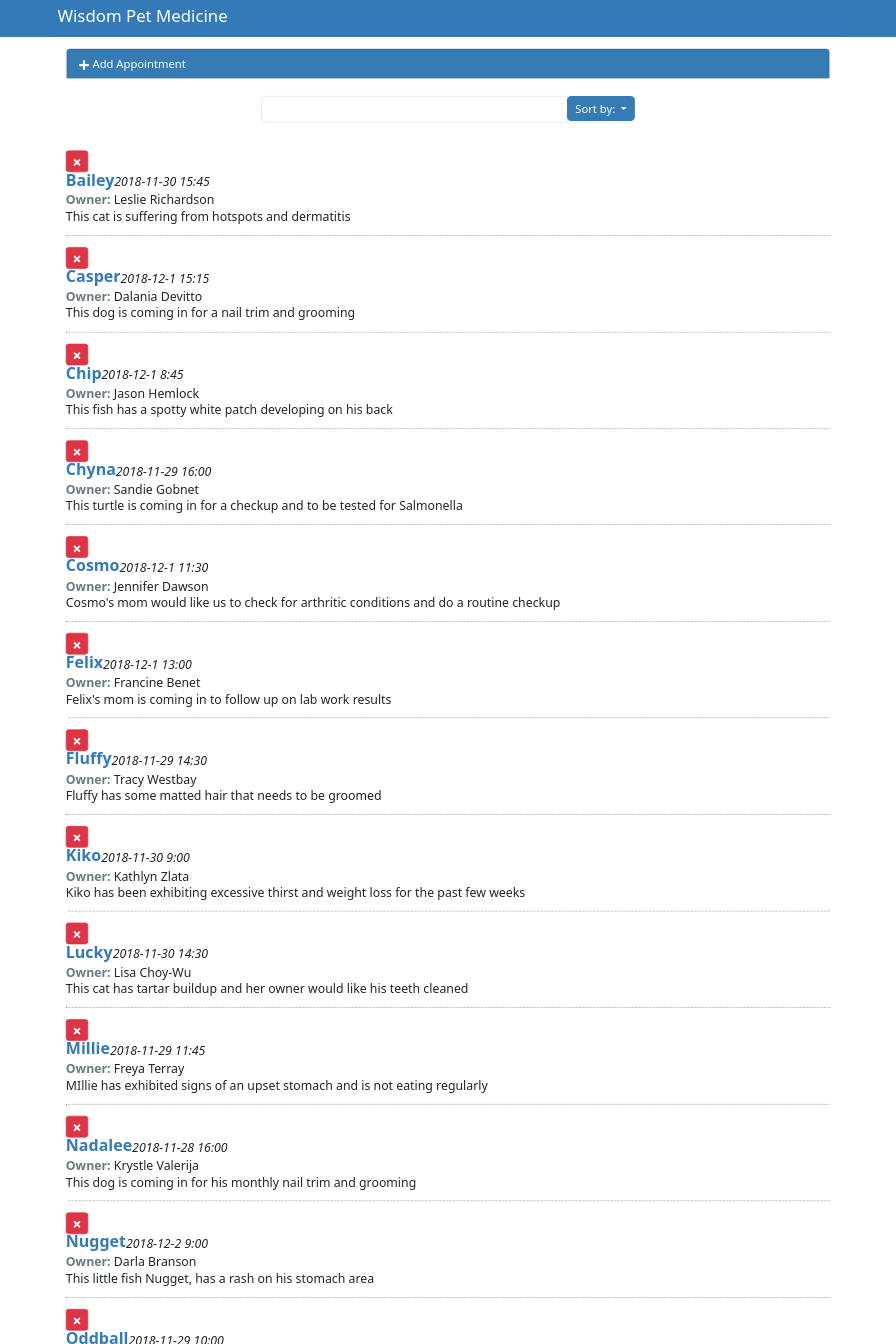
Repository: DevLuDaley/reactinterface
Page: /
The author's editor kept a copy of each file at every save. The page is drawn from the files as they stood at one save, then again after the next save.
The browser window is 1280 px wide. The pictures show the part of the page from y = 0 to 1920 px (the page is 3716 px tall before and 1234 px after), at 70% of full size.
The project was rebuilt for these pictures with package versions that can differ from the ones it lists, and the page was loaded fresh each time.

Above is the page before, as saved 2021-02-04 19:57:47.

### public/index.html
<!DOCTYPE html>
<html lang="en">
  <head>
    <meta charset="utf-8" />
    <link rel="icon" href="%PUBLIC_URL%/favicon.ico" />
    <meta name="viewport" content="width=device-width, initial-scale=1" />
    <meta name="theme-color" content="#000000" />
    <meta
      name="description"
      content="Web site created using create-react-app"
    />
    <link rel="apple-touch-icon" href="%PUBLIC_URL%/logo192.png" />
    <!--
      manifest.json provides metadata used when your web app is installed on a
      user's mobile device or desktop. See https://developers.google.com/web/fundamentals/web-app-manifest/
    -->
    <link rel="manifest" href="%PUBLIC_URL%/manifest.json" />
    <!--
      Notice the use of %PUBLIC_URL% in the tags above.
      It will be replaced with the URL of the `public` folder during the build.
      Only files inside the `public` folder can be referenced from the HTML.

      Unlike "/favicon.ico" or "favicon.ico", "%PUBLIC_URL%/favicon.ico" will
      work correctly both with client-side routing and a non-root public URL.
      Learn how to configure a non-root public URL by running `npm run build`.
    -->
    <title>React App</title>
  </head>
  <body>
    <noscript>You need to enable JavaScript to run this app.</noscript>
    <header class="container text-white">
      <h4 class="py-2">Wisdom Pet Medicine</h4>
    </header>

    <div id="root"></div>

    <footer class="container d-flex text-white py-2">
      <p>
        All contents &copy; 2018
        <a href="https://www.linkedin.com/learning">LinkedIn Learning</a>. All
        rights reserved.
      </p>
      <div class="ml-auto">
        <a class="d-block text-white" href="#">Terms of use</a>
        <a class="d-block text-white" href="#">Privacy policy</a>
      </div>
      <!-- col-md-6 -->
    </footer>
    <!-- footer -->
  </body>
</html>

### src/index.js
import React from 'react';
import ReactDOM from 'react-dom';
import 'bootstrap/dist/css/bootstrap.css'
import './css/index.css';
import App from './components/App';
import reportWebVitals from './reportWebVitals';
// import * as serviceWorker from './serviceWorker';
import 'jquery/dist/jquery'
import 'popper.js/dist/umd/popper'
import 'bootstrap/dist/js/bootstrap'

ReactDOM.render(
  <React.StrictMode>
    <App />
  </React.StrictMode>,
  document.getElementById('root')
);

// If you want to start measuring performance in your app, pass a function
// to log results (for example: reportWebVitals(console.log))
// or send to an analytics endpoint. Learn more: https://bit.ly/CRA-vitals
// serviceWorker.unregister()
reportWebVitals();

### src/components/App.js
import React, { Component } from 'react';
import '../css/App.css';

import AddAppointments from './AddAppointments';
import SearchAppointments from './SearchAppointments';
import ListAppointments from './ListAppointments';

import { without } from 'lodash';

class App extends Component {
  constructor() {
    super();
    this.state = {
      myAppointments: [],
      formDisplay: false,
      orderBy: 'petName',
      orderDir: 'asc',
      lastIndex: 0
    };
    this.deleteAppointment = this.deleteAppointment.bind(this);
    this.toggleForm = this.toggleForm.bind(this);
    this.addAppointment = this.addAppointment.bind(this);
    this.changeOrder = this.changeOrder.bind(this);
  }

  toggleForm() {
    this.setState({
      formDisplay: !this.state.formDisplay
    });
  }

  changeOrder(order, dir) {
    this.setState({
      orderBy: order,
      orderDir: dir
    });
  }

  addAppointment(apt) {
    let tempApts = this.state.myAppointments;
    apt.aptId = this.state.lastIndex;
    tempApts.unshift(apt);
    this.setState({
      myAppointments: tempApts,
      lastIndex: this.state.lastIndex + 1
    });
  }

  deleteAppointment(apt) {
    let tempApts = this.state.myAppointments;
    tempApts = without(tempApts, apt);

    this.setState({
      myAppointments: tempApts
    });
  }

  componentDidMount() {
    fetch('./data.json')
      .then(response => response.json())
      .then(result => {
        const apts = result.map(item => {
          item.aptId = this.state.lastIndex;
          this.setState({ lastIndex: this.state.lastIndex + 1 });
          return item;
        });
        this.setState({
          myAppointments: apts
        });
      });
  }

  render() {
    let order;
    let filteredApts = this.state.myAppointments;
    if (this.state.orderDir === 'asc') {
      order = 1;
    } else {
      order = -1;
    }

    filteredApts.sort((a, b) => {
      if (
        a[this.state.orderBy].toLowerCase() <
        b[this.state.orderBy].toLowerCase()
      ) {
        return -1 * order;
      } else {
        return 1 * order;
      }
    });

    return (
      <main className="page bg-white" id="petratings">
        <div className="container">
          <div className="row">
            <div className="col-md-12 bg-white">
              <div className="container">
                <AddAppointments
                  formDisplay={this.state.formDisplay}
                  toggleForm={this.toggleForm}
                  addAppointment={this.addAppointment}
                />
                <SearchAppointments
                  orderBy={this.state.orderBy}
                  orderDir={this.state.orderDir}
                  changeOrder={this.changeOrder}
                />
                <ListAppointments
                  appointments={filteredApts}
                  deleteAppointment={this.deleteAppointment}
                />
              </div>
            </div>
          </div>
        </div>
      </main>
    );
  }
}

export default App;

### src/components/AddAppointments.js
import React, { Component } from 'react';
import { FaPlus } from 'react-icons/fa';

class AddAppointments extends Component {
  constructor() {
    super();
    this.state = {
      petName: '',
      ownerName: '',
      aptDate: '',
      aptTime: '',
      aptNotes: ''
    };
    this.handleChange = this.handleChange.bind(this);
    this.handleAdd = this.handleAdd.bind(this);
  }

  handleAdd(e) {
    e.preventDefault();
    let tempApt = {
      petName: this.state.petName,
      ownerName: this.state.ownerName,
      aptDate: this.state.aptDate + ' ' + this.state.aptTime,
      aptNotes: this.state.aptNotes
    };

    this.props.addAppointment(tempApt);

    this.setState({
      petName: '',
      ownerName: '',
      aptDate: '',
      aptTime: '',
      aptNotes: ''
    });
    this.props.toggleForm();
  }

  handleChange(e) {
    const target = e.target;
    const value = target.value;
    const name = target.name;

    this.setState({
      [name]: value
    });
  }

  render() {
    return (
      <div
        className={
          'card textcenter mt-3 ' +
          (this.props.formDisplay ? '' : 'add-appointment')
        }
      >
        <div
          className="apt-addheading card-header bg-primary text-white"
          onClick={this.props.toggleForm}
        >
          <FaPlus /> Add Appointment
        </div>

        <div className="card-body">
          <form id="aptForm" noValidate onSubmit={this.handleAdd}>
            <div className="form-group form-row">
              <label
                className="col-md-2 col-form-label text-md-right"
                htmlFor="petName"
                readOnly
              >
                Pet Name
              </label>
              <div className="col-md-10">
                <input
                  type="text"
                  className="form-control"
                  name="petName"
                  placeholder="Pet's Name"
                  value={this.state.petName}
                  onChange={this.handleChange}
                />
              </div>
            </div>

            <div className="form-group form-row">
              <label
                className="col-md-2 col-form-label text-md-right"
                htmlFor="ownerName"
              >
                Pet Owner
              </label>
              <div className="col-md-10">
                <input
                  type="text"
                  className="form-control"
                  name="ownerName"
                  placeholder="Owner's Name"
                  value={this.state.ownerName}
                  onChange={this.handleChange}
                />
              </div>
            </div>

            <div className="form-group form-row">
              <label
                className="col-md-2 col-form-label text-md-right"
                htmlFor="aptDate"
              >
                Date
              </label>
              <div className="col-md-4">
                <input
                  type="date"
                  className="form-control"
                  name="aptDate"
                  id="aptDate"
                  value={this.state.aptDate}
                  onChange={this.handleChange}
                />
              </div>
              <label
                className="col-md-2 col-form-label text-md-right"
                htmlFor="aptTime"
              >
                Time
              </label>
              <div className="col-md-4">
                <input
                  type="time"
                  className="form-control"
                  name="aptTime"
                  id="aptTime"
                  value={this.state.aptTime}
                  onChange={this.handleChange}
                />
              </div>
            </div>

            <div className="form-group form-row">
              <label className="col-md-2 text-md-right" htmlFor="aptNotes">
                Apt. Notes
              </label>
              <div className="col-md-10">
                <textarea
                  className="form-control"
                  rows="4"
                  cols="50"
                  name="aptNotes"
                  id="aptNotes"
                  placeholder="Appointment Notes"
                  value={this.state.aptNotes}
                  onChange={this.handleChange}
                />
              </div>
            </div>

            <div className="form-group form-row mb-0">
              <div className="offset-md-2 col-md-10">
                <button
                  type="submit"
                  className="btn btn-primary d-block ml-auto"
                >
                  Add Appointment
                </button>
              </div>
            </div>
          </form>
        </div>
      </div>
    );
  }
}

export default AddAppointments;

### src/components/SearchAppointments.js
import React, { Component } from 'react';

class SearchAppointments extends Component {
  render() {
    return (
      <div className="search-appointments row justify-content-center my-4">
        <div className="col-md-6">
          <div className="input-group">
            <input
              id="SearchApts"
              type="text"
              className="form-control"
              aria-label="Search Appointments"
            />
            <div className="input-group-append">
              <button
                type="button"
                className="btn btn-primary dropdown-toggle"
                data-toggle="dropdown"
                aria-haspopup="true"
                aria-expanded="false"
              >
                Sort by: <span className="caret" />
              </button>

              <div className="sort-menu dropdown-menu dropdown-menu-right">
                <button
                  className={
                    'sort-by dropdown-item ' +
                    (this.props.orderBy === 'petName' ? 'active' : '')
                  }
                  onClick={e =>
                    this.props.changeOrder('petName', this.props.orderDir)
                  }
                  href="#"
                >
                  Pet Name
                </button>
                <button
                  className={
                    'sort-by dropdown-item ' +
                    (this.props.orderBy === 'aptDate' ? 'active' : '')
                  }
                  onClick={e =>
                    this.props.changeOrder('aptDate', this.props.orderDir)
                  }
                  href="#"
                >
                  Date
                </button>
                <button
                  className={
                    'sort-by dropdown-item ' +
                    (this.props.orderBy === 'ownerName' ? 'active' : '')
                  }
                  onClick={e =>
                    this.props.changeOrder('ownerName', this.props.orderDir)
                  }
                  href="#"
                >
                  Owner
                </button>
                <div role="separator" className="dropdown-divider" />
                <button
                  className={
                    'sort-by dropdown-item ' +
                    (this.props.orderDir === 'asc' ? 'active' : '')
                  }
                  onClick={e =>
                    this.props.changeOrder(this.props.orderBy, 'asc')
                  }
                  href="#"
                >
                  Asc
                </button>
                <button
                  className={
                    'sort-by dropdown-item ' +
                    (this.props.orderDir === 'desc' ? 'active' : '')
                  }
                  onClick={e =>
                    this.props.changeOrder(this.props.orderBy, 'desc')
                  }
                  href="#"
                >
                  Desc
                </button>
              </div>
            </div>
          </div>
        </div>
      </div>
    );
  }
}

export default SearchAppointments;

### src/components/ListAppointments.js
import React, { Component } from 'react';
import { FaTimes } from 'react-icons/fa';
// import Moment from 'react-moment';

class ListAppointments extends Component {
  render() {
    return (
      <div className="appointment-list item-list mb-3">
        {this.props.appointments.map(item => (
          <div className="pet-item col media py-3" key={item.aptId}>
            <div className="mr-3">
              <button
                className="pet-delete btn btn-sm btn-danger"
                onClick={() => this.props.deleteAppointment(item)}>
                <FaTimes />
              </button>
            </div>

            <div className="pet-info media-body">
              <div className="pet-head d-flex">
                <span className="pet-name">{item.petName}</span>
                <span className="apt-date ml-auto">
                  {/* <Moment */}
                    {/* date= */}
                    {item.aptDate}
                    {/* parse="YYYY-MM-dd hh:mm" */}
                    {/* format="MMM-D h:mma" */}
                  {/* /> */}
                </span>
              </div>

              <div className="owner-name">
                <span className="label-item">Owner: </span>
                <span>{item.ownerName}</span>
              </div>
              <div className="apt-notes">{item.aptNotes}</div>
            </div>
          </div>
        ))}
      </div>
    );
  }
}

export default ListAppointments;

Loaded but not shown: src/css/index.css (common file); src/reportWebVitals.js (common file); src/css/App.css (common file); public/data.json (152 lines, source omitted)

After the next save:
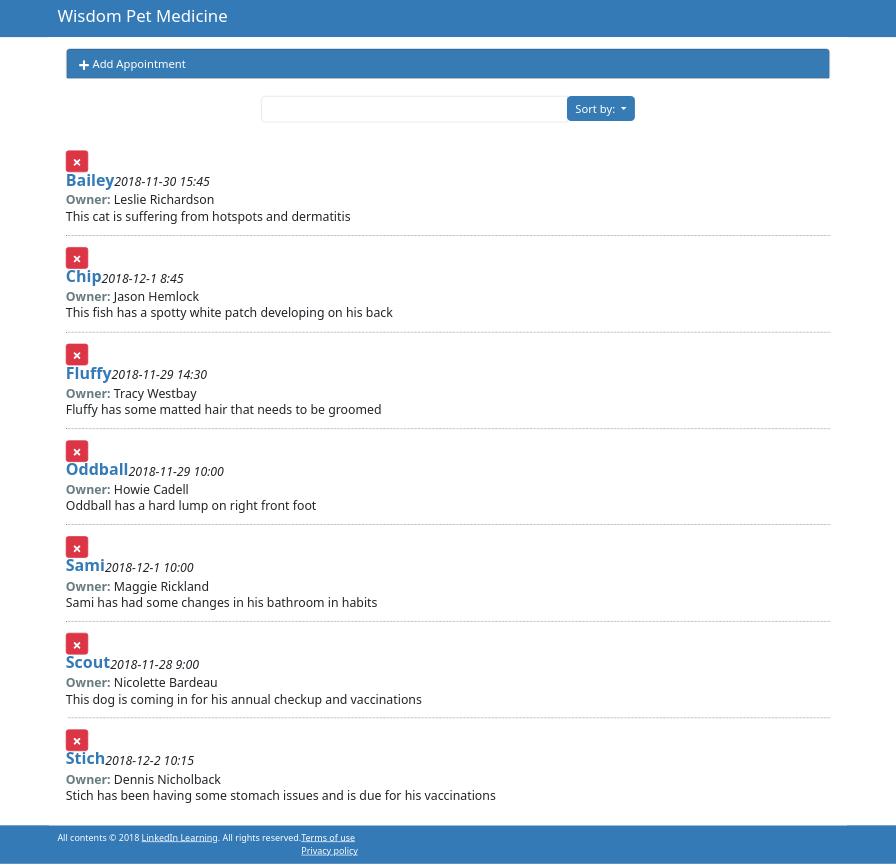
Saved 2 min 45 s later.
--- a/src/components/App.js
+++ b/src/components/App.js
@@ -15,6 +15,7 @@
       formDisplay: false,
       orderBy: 'petName',
       orderDir: 'asc',
+      queryText: 'ba',
       lastIndex: 0
     };
     this.deleteAppointment = this.deleteAppointment.bind(this);
@@ -79,16 +80,30 @@
       order = -1;
     }
 
-    filteredApts.sort((a, b) => {
-      if (
-        a[this.state.orderBy].toLowerCase() <
-        b[this.state.orderBy].toLowerCase()
-      ) {
-        return -1 * order;
-      } else {
-        return 1 * order;
-      }
-    });
+    filteredApts = filteredApts
+      .sort((a, b) => {
+        if (
+          a[this.state.orderBy].toLowerCase() <
+          b[this.state.orderBy].toLowerCase()
+        ) {
+          return -1 * order;
+        } else {
+          return 1 * order;
+        }
+      })
+      .filter(eachItem => {
+        return (
+          eachItem['petName']
+            .toLowerCase()
+            .includes(this.state.queryText.toLowerCase()) ||
+          eachItem['ownerName']
+            .toLowerCase()
+            .includes(this.state.queryText.toLowerCase()) ||
+          eachItem['aptNotes']
+            .toLowerCase()
+            .includes(this.state.queryText.toLowerCase())
+        );
+      });
 
     return (
       <main className="page bg-white" id="petratings">

After the save that followed:
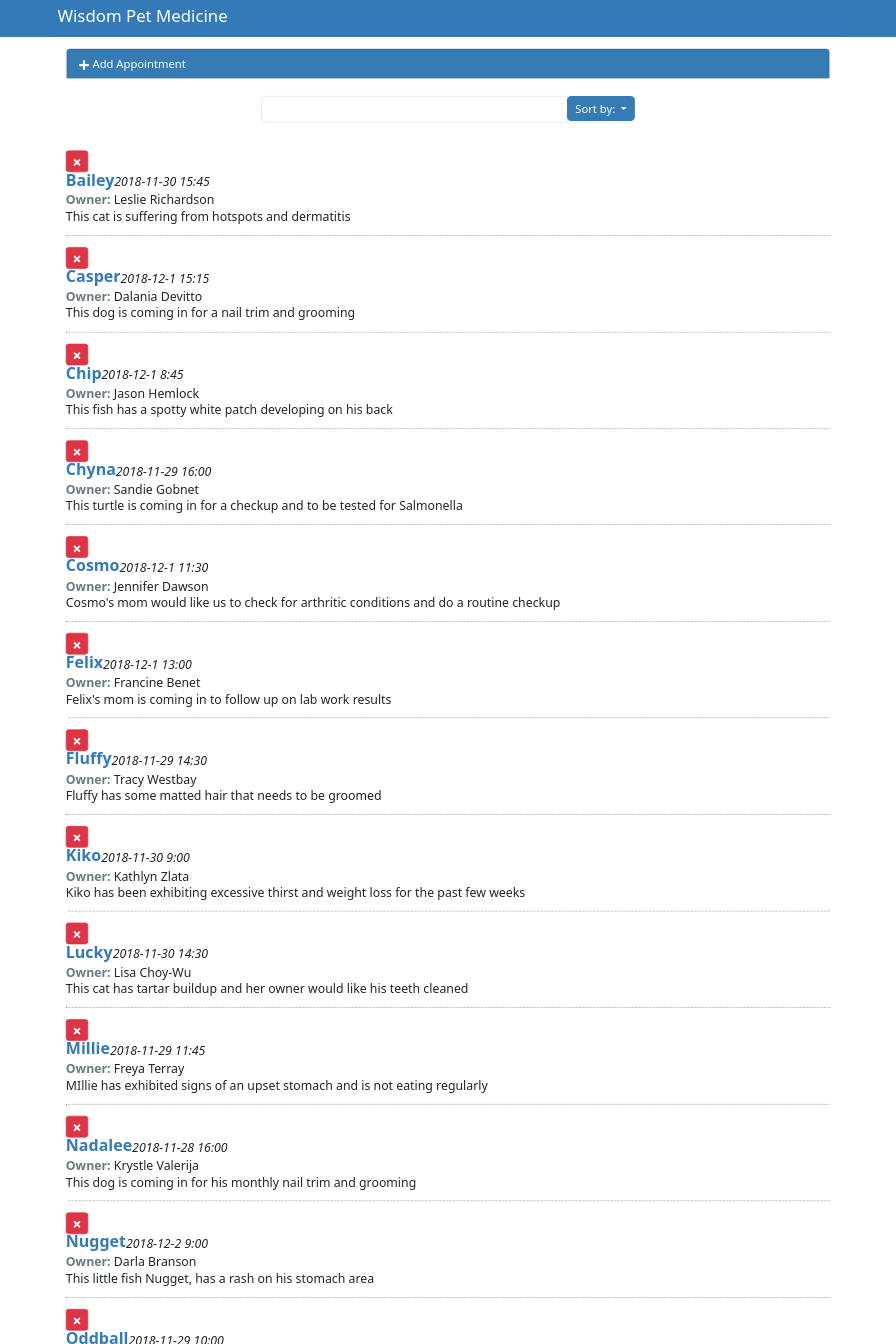
Saved 9 s later.
--- a/src/components/App.js
+++ b/src/components/App.js
@@ -15,7 +15,6 @@
       formDisplay: false,
       orderBy: 'petName',
       orderDir: 'asc',
-      queryText: 'ba',
       lastIndex: 0
     };
     this.deleteAppointment = this.deleteAppointment.bind(this);
@@ -80,30 +79,16 @@
       order = -1;
     }
 
-    filteredApts = filteredApts
-      .sort((a, b) => {
-        if (
-          a[this.state.orderBy].toLowerCase() <
-          b[this.state.orderBy].toLowerCase()
-        ) {
-          return -1 * order;
-        } else {
-          return 1 * order;
-        }
-      })
-      .filter(eachItem => {
-        return (
-          eachItem['petName']
-            .toLowerCase()
-            .includes(this.state.queryText.toLowerCase()) ||
-          eachItem['ownerName']
-            .toLowerCase()
-            .includes(this.state.queryText.toLowerCase()) ||
-          eachItem['aptNotes']
-            .toLowerCase()
-            .includes(this.state.queryText.toLowerCase())
-        );
-      });
+    filteredApts.sort((a, b) => {
+      if (
+        a[this.state.orderBy].toLowerCase() <
+        b[this.state.orderBy].toLowerCase()
+      ) {
+        return -1 * order;
+      } else {
+        return 1 * order;
+      }
+    });
 
     return (
       <main className="page bg-white" id="petratings">
